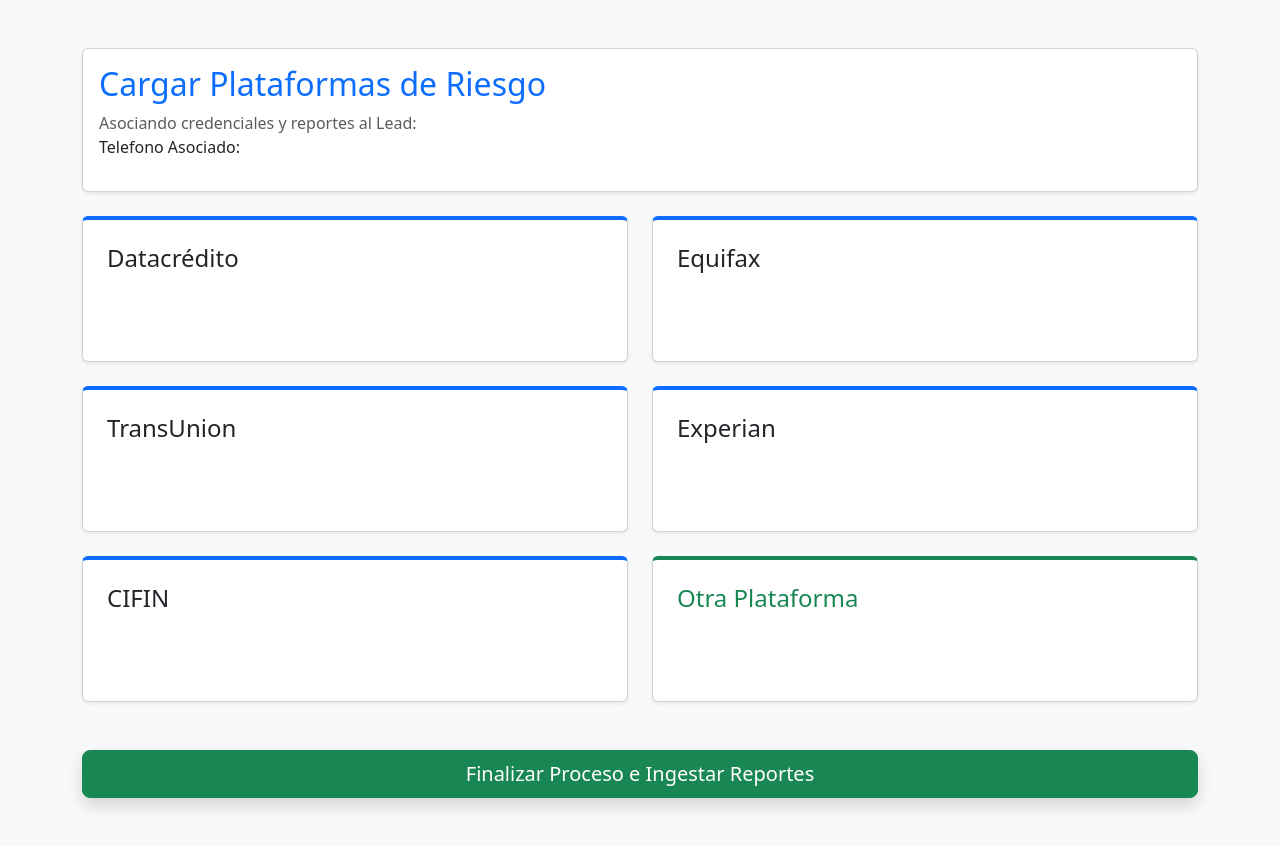
Repository: LuhizK/crm_ventas
Page: leads/templates/leads/registro_plataformas.html
The author's editor kept a copy of each file at every save. The page is drawn from the files as they stood at one save, then again after the next save.
The browser window is 1280 px wide. The pictures show the whole page.
The template is drawn by Django 5.2. The application's start-up code is not run. Other server files are loaded and not shown. The template is opened directly, without the code that normally fills it, so the values that code supplies are empty.

Above is the page before, as saved 2026-07-06 23:17:32.

### leads/templates/leads/registro_plataformas.html
<!DOCTYPE html>
<html lang="es">
<head>
    <meta charset="UTF-8">
    <meta name="viewport" content="width=device-width, initial-scale=1.0">
    <title>Plataformas y Reportes del Lead</title>
    <link href="https://cdn.jsdelivr.net/npm/bootstrap@5.3.0/dist/css/bootstrap.min.css" rel="stylesheet">
    <style>
        .form-label { font-weight: 600; color: #495057; font-size: 0.9rem; }
        .platform-card { border-top: 4px solid #0d6efd; } /* Línea azul decorativa arriba */
    </style>
</head>
<body class="bg-light">

    <div class="container mt-5 mb-5">
        <div class="card p-3 mb-4 bg-white shadow-sm">
            <h2 class="text-primary m-0">Cargar Plataformas de Riesgo</h2>
            <p class="text-muted mt-2 mb-0">
                Asociando credenciales y reportes al Lead: <strong>{{ lead.id_lead }}</strong>
            </p>
            <p>
                Telefono Asociado: <strong>{{ lead.telefono_marcado }}</strong>
            </p>
        </div>

        <form method="post" enctype="multipart/form-data">
            {% csrf_token %}

            <div class="row g-4 mb-4">
                <div class="col-md-6">
                    <div class="card shadow-sm p-4 h-100 platform-card">
                        <h4 class="mb-3 text-dark">Datacrédito</h4>
                        <div class="mb-3">
                            {{ form.datacredito_usuario.label_tag }}
                            {{ form.datacredito_usuario }}
                        </div>
                        <div class="mb-3">
                            {{ form.datacredito_password.label_tag }}
                            {{ form.datacredito_password }}
                        </div>
                        <div class="mb-3">
                            {{ form.datacredito_archivos.label_tag }}
                            {{ form.datacredito_archivos }}
                        </div>
                        <div class="mb-0">
                            {{ form.datacredito_notes.label_tag }}
                            {{ form.datacredito_notas }}
                        </div>
                    </div>
                </div>

                <div class="col-md-6">
                    <div class="card shadow-sm p-4 h-100 platform-card">
                        <h4 class="mb-3 text-dark">Equifax</h4>
                        <div class="mb-3">
                            {{ form.equifax_usuario.label_tag }}
                            {{ form.equifax_usuario }}
                        </div>
                        <div class="mb-3">
                            {{ form.equifax_password.label_tag }}
                            {{ form.equifax_password }}
                        </div>
                        <div class="mb-3">
                            {{ form.equifax_archivos.label_tag }}
                            {{ form.equifax_archivos }}
                        </div>
                        <div class="mb-0">
                            {{ form.equifax_notas.label_tag }}
                            {{ form.equifax_notas }}
                        </div>
                    </div>
                </div>
            </div>

            <div class="row g-4 mb-4">
                <div class="col-md-6">
                    <div class="card shadow-sm p-4 h-100 platform-card">
                        <h4 class="mb-3 text-dark">TransUnion</h4>
                        <div class="mb-3">
                            {{ form.transunion_usuario.label_tag }}
                            {{ form.transunion_usuario }}
                        </div>
                        <div class="mb-3">
                            {{ form.transunion_password.label_tag }}
                            {{ form.transunion_password }}
                        </div>
                        <div class="mb-3">
                            {{ form.transunion_archivos.label_tag }}
                            {{ form.transunion_archivos }}
                        </div>
                        <div class="mb-0">
                            {{ form.transunion_notas.label_tag }}
                            {{ form.transunion_notas }}
                        </div>
                    </div>
                </div>

                <div class="col-md-6">
                    <div class="card shadow-sm p-4 h-100 platform-card">
                        <h4 class="mb-3 text-dark">Experian</h4>
                        <div class="mb-3">
                            {{ form.experian_usuario.label_tag }}
                            {{ form.experian_usuario }}
                        </div>
                        <div class="mb-3">
                            {{ form.experian_password.label_tag }}
                            {{ form.experian_password }}
                        </div>
                        <div class="mb-3">
                            {{ form.experian_archivos.label_tag }}
                            {{ form.experian_archivos }}
                        </div>
                        <div class="mb-0">
                            {{ form.experian_notas.label_tag }}
                            {{ form.experian_notas }}
                        </div>
                    </div>
                </div>
            </div>

            <div class="row g-4 mb-4">
                <div class="col-md-6">
                    <div class="card shadow-sm p-4 h-100 platform-card">
                        <h4 class="mb-3 text-dark">CIFIN</h4>
                        <div class="mb-3">
                            {{ form.cifin_usuario.label_tag }}
                            {{ form.cifin_usuario }}
                        </div>
                        <div class="mb-3">
                            {{ form.cifin_password.label_tag }}
                            {{ form.cifin_password }}
                        </div>
                        <div class="mb-3">
                            {{ form.cifin_archivos.label_tag }}
                            {{ form.cifin_archivos }}
                        </div>
                        <div class="mb-0">
                            {{ form.cifin_notas.label_tag }}
                            {{ form.cifin_notas }}
                        </div>
                    </div>
                </div>

                <div class="col-md-6">
                    <div class="card shadow-sm p-4 h-100 platform-card" style="border-top-color: #198754;"> <h4 class="mb-3 text-success">Otra Plataforma</h4>
                        <div class="mb-3">
                            {{ form.otro_nombre.label_tag }}
                            {{ form.otro_nombre }}
                        </div>
                        <div class="row mb-3">
                            <div class="col-6">
                                {{ form.otro_usuario.label_tag }}
                                {{ form.otro_usuario }}
                            </div>
                            <div class="col-6">
                                {{ form.otro_password.label_tag }}
                                {{ form.otro_password }}
                            </div>
                        </div>
                        <div class="mb-3">
                            {{ form.otro_archivos.label_tag }}
                            {{ form.otro_archivos }}
                        </div>
                        <div class="mb-0">
                            {{ form.otro_notas.label_tag }}
                            {{ form.otro_notas }}
                        </div>
                    </div>
                </div>
            </div>

            <div class="text-center mt-5">
                <button type="submit" class="btn btn-success btn-lg w-100 shadow">Finalizar Proceso e Ingestar Reportes</button>
            </div>
        </form>
    </div>

    <script src="https://cdn.jsdelivr.net/npm/bootstrap@5.3.0/dist/js/bootstrap.bundle.min.js"></script>
</body>
</html>

After the next save:
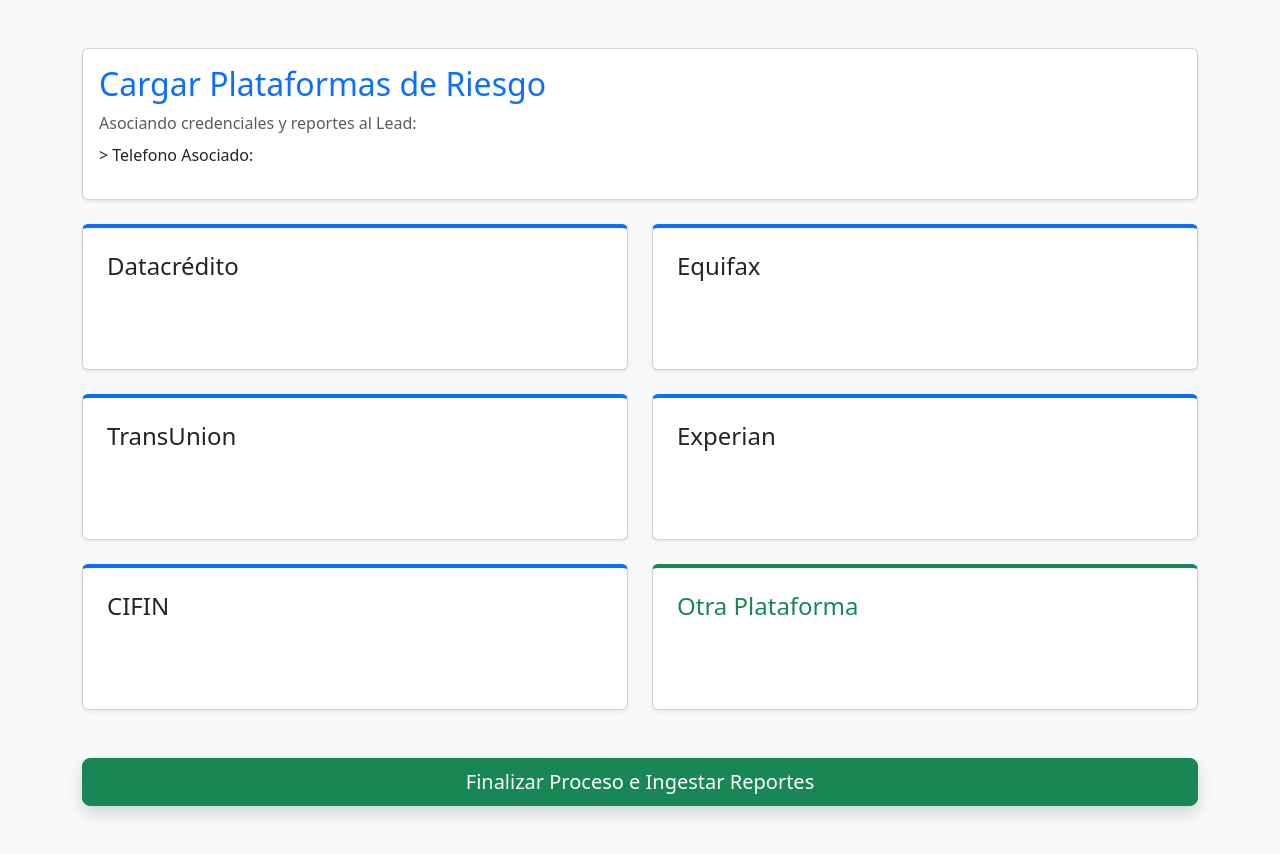
Saved 10 s later.
--- a/leads/templates/leads/registro_plataformas.html
+++ b/leads/templates/leads/registro_plataformas.html
@@ -18,7 +18,7 @@
             <p class="text-muted mt-2 mb-0">
                 Asociando credenciales y reportes al Lead: <strong>{{ lead.id_lead }}</strong>
             </p>
-            <p>
+            <p class="text-muted mt-2 mb-0"></p>>
                 Telefono Asociado: <strong>{{ lead.telefono_marcado }}</strong>
             </p>
         </div>
